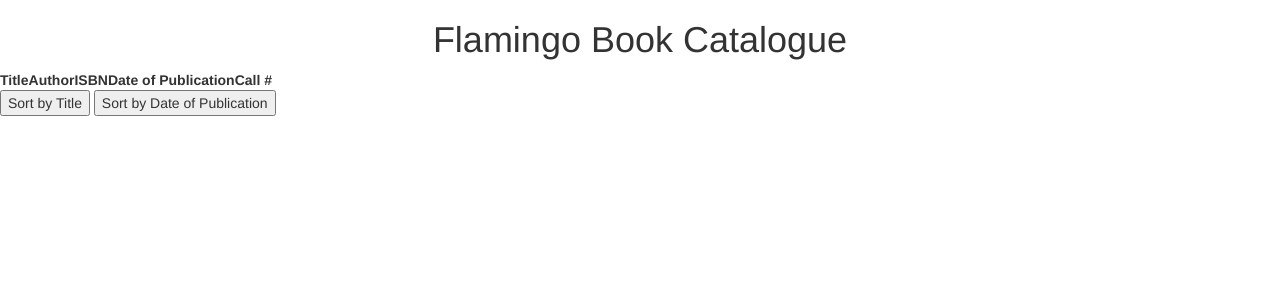
Repository: avega15/Library-Database
Page: http://localhost/main
The author's editor kept a copy of each file at every save. The page is drawn from the files as they stood at one save, then again after the next save.
The browser window is 1280 px wide. The pictures show the whole page.
The page is this project's Thymeleaf template; nobody is signed in. The template is opened directly, without the code that normally fills it, so the values that code supplies are empty.

Above is the page before, as saved 2021-04-22 01:11:20.

### demo/src/main/resources/templates/main.html
<!DOCTYPE HTML>
<html xmlns:th="http://www.thymeleaf.org">
<head>
<title>Dachshund Book Catalogue</title>
<meta http-equiv="Content-Type" content="text/html; charset=UTF-8" />
<link rel="stylesheet"
	href="https://maxcdn.bootstrapcdn.com/bootstrap/3.4.1/css/bootstrap.min.css">
<script
	src="https://ajax.googleapis.com/ajax/libs/jquery/3.5.1/jquery.min.js"></script>
<script
	src="https://maxcdn.bootstrapcdn.com/bootstrap/3.4.1/js/bootstrap.min.js"></script>
</head>
<body>
	<h1 style="text-align: center">Flamingo Book Catalogue</h1>
	<table>
		<tr>
			<th onclick="window.location.href='titleSort';">Title</th>
			<th>Author</th>
			<th>ISBN</th>
			<th onclick="window.location.href='dateSort';">Date of
				Publication</th>
			<th>Call #</th>
		</tr>
		<tr th:each="bib, bibStat: ${bibs}">
			<td th:text="${bibStat.count + ' ' + bib.getTitle()}"></td>
			<td th:text="${bib.getAuthor()}"></td>
			<td th:text="${bib.getIsbn()}"></td>
			<td th:text="${bib.getDate_of_publication()}"></td>
			<td th:text="${bib.getCall_number()}"></td>
		</tr>
	</table>
	<button onclick="window.location.href='titleSort'">Sort by
		Title</button>
	<button onclick="window.location.href='dateSort'">Sort by Date
		of Publication</button>
</body>
</html>

After the next save:
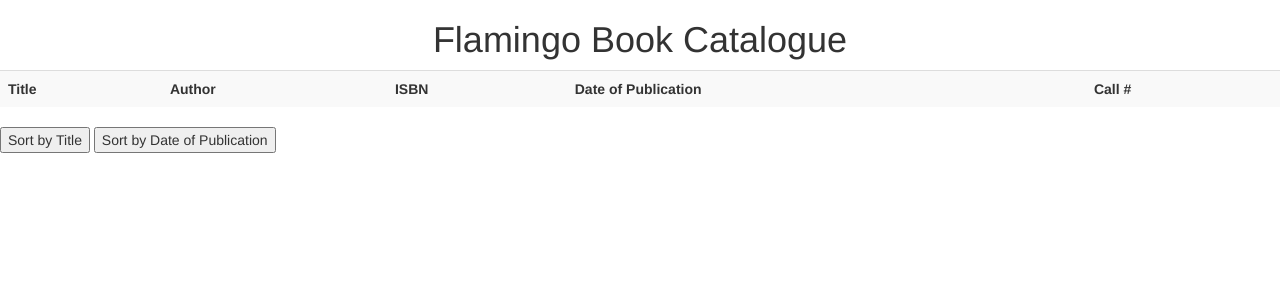
Saved 45 s later.
--- a/demo/src/main/resources/templates/main.html
+++ b/demo/src/main/resources/templates/main.html
@@ -12,7 +12,7 @@
 </head>
 <body>
 	<h1 style="text-align: center">Flamingo Book Catalogue</h1>
-	<table>
+	<table class="table table-striped">
 		<tr>
 			<th onclick="window.location.href='titleSort';">Title</th>
 			<th>Author</th>
